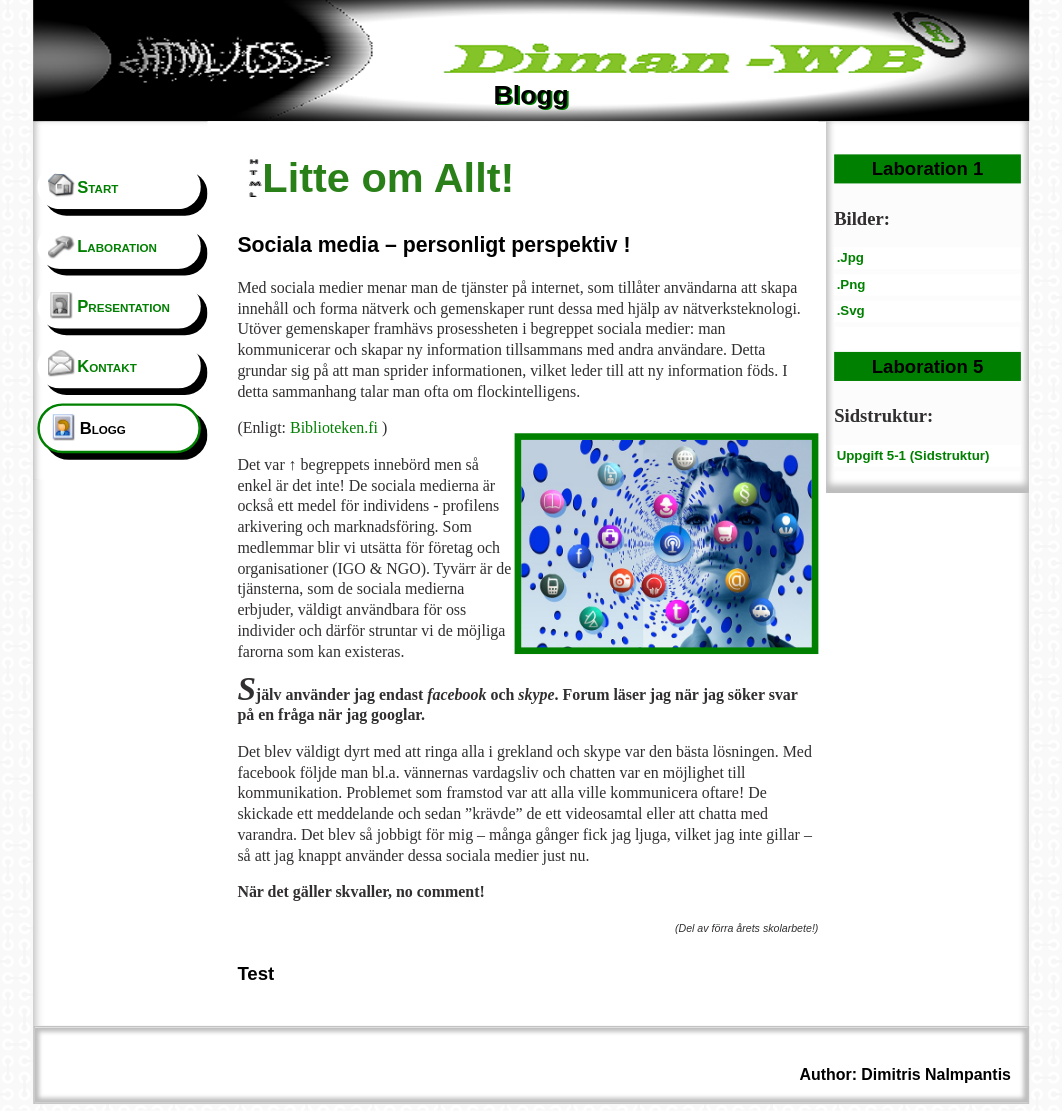
Repository: dn222em/1ik415-laborationer
Page: pages/blogg.html
The author's editor kept a record of every edit. The page is drawn from the files as they stood at one moment, then again after the next edit.
The browser window is 1280 px wide. The pictures show the whole page, at 83% of full size.
Backgrounds fixed to the window are drawn as part of the page.

Above is the page before.

After the next edit:
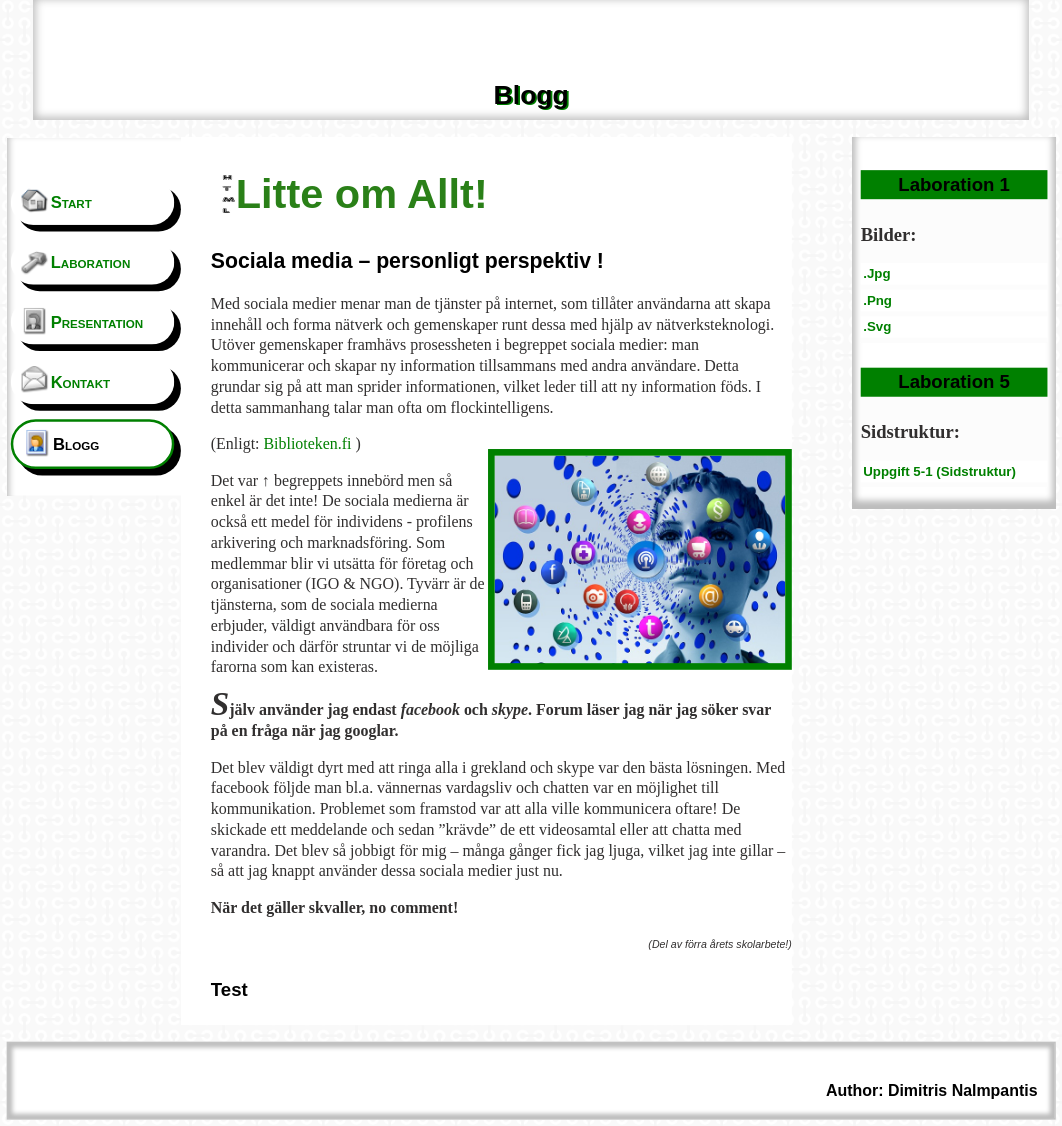
The edit:
--- a/pages/blogg.html
+++ b/pages/blogg.html
@@ -23,7 +23,7 @@
 	</head>
 		<body>
 	<div id="container">
-		<div id="top">
+		<header>
 
 			<h1 id="title">Blogg</h1>
 	</div>
